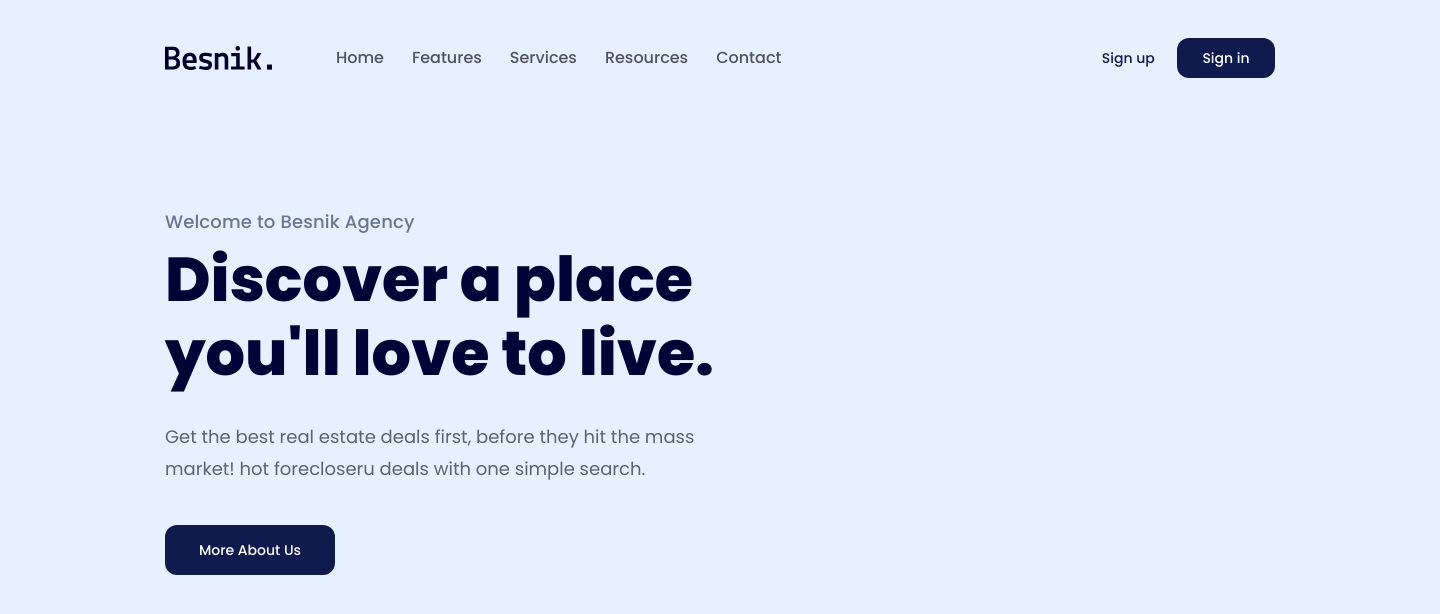
Repository: datvu1608/dv-htmlcss-01
Page: index.html
These files come from the project's save history. The page is drawn as it stood at one moment and after the next save; the edit follows.
The browser window is 1280 px wide. The page is 1440 px wide, so the pictures cover 1440 px, including what lies to the right of the window. The pictures show the whole page.

Above is the page before, as saved 2023-06-01 15:04:41.

### index.html
<!DOCTYPE html>
<html lang="en">
  <head>
    <meta charset="UTF-8" />
    <meta http-equiv="X-UA-Compatible" content="IE=edge" />
    <meta name="viewport" content="width=device-width, initial-scale=1.0" />
    <title>Project 1</title>
    <link rel="stylesheet" href="./assets/css/reset.css" />
    <link rel="stylesheet" href="./assets/fonts/stylesheet.css" />
    <link rel="stylesheet" href="./assets/css/style.css" />
  </head>
  <body>
    <main>
      <!-- Header -->
      <header class="header">
        <div class="content">
          <nav class="navbar">
            <!-- logo -->
            <img src="./assets/img/Logo.svg" alt="Besnik" />
            <!-- navigation -->
            <ul>
              <li><a href="#!">Home</a></li>
              <li><a href="#!">Features</a></li>
              <li><a href="#!">Services</a></li>
              <li><a href="#!">Resources</a></li>
              <li><a href="#!">Contact</a></li>
            </ul>
            <!-- action -->
            <div class="actions">
              <a href="#!" class="action-link">Sign up</a>
              <a href="#!" class="btn action-btn">Sign in</a>
            </div>
          </nav>
          <div class="hero">
            <div class="info">
              <p class="sub-title">Welcome to Besnik Agency</p>
              <h1 class="title">Discover a place you'll love to live.</h1>
              <p class="desc">
                Get the best real estate deals first, before they hit the mass
                market! hot forecloseru deals with one simple search.
              </p>
              <!-- call to action -->
              <a href="" class="btn hero-cta">More About Us</a>
            </div>
          </div>
        </div>
      </header>
    </main>
  </body>
</html>

### assets/fonts/stylesheet.css
/* ============ Poppins =================== */
@font-face {
  font-family: 'Poppins';
  src: url('Poppins-BlackItalic.woff2') format('woff2'),
    url('Poppins-BlackItalic.woff') format('woff');
  font-weight: 900;
  font-style: italic;
  font-display: swap;
}

@font-face {
  font-family: 'Poppins';
  src: url('Poppins-Bold.woff2') format('woff2'),
    url('Poppins-Bold.woff') format('woff');
  font-weight: bold;
  font-style: normal;
  font-display: swap;
}

@font-face {
  font-family: 'Poppins';
  src: url('Poppins-Black.woff2') format('woff2'),
    url('Poppins-Black.woff') format('woff');
  font-weight: 900;
  font-style: normal;
  font-display: swap;
}

@font-face {
  font-family: 'Poppins';
  src: url('Poppins-BoldItalic.woff2') format('woff2'),
    url('Poppins-BoldItalic.woff') format('woff');
  font-weight: bold;
  font-style: italic;
  font-display: swap;
}

@font-face {
  font-family: 'Poppins';
  src: url('Poppins-ExtraBoldItalic.woff2') format('woff2'),
    url('Poppins-ExtraBoldItalic.woff') format('woff');
  font-weight: bold;
  font-style: italic;
  font-display: swap;
}

@font-face {
  font-family: 'Poppins';
  src: url('Poppins-ExtraLightItalic.woff2') format('woff2'),
    url('Poppins-ExtraLightItalic.woff') format('woff');
  font-weight: 200;
  font-style: italic;
  font-display: swap;
}

@font-face {
  font-family: 'Poppins';
  src: url('Poppins-LightItalic.woff2') format('woff2'),
    url('Poppins-LightItalic.woff') format('woff');
  font-weight: 300;
  font-style: italic;
  font-display: swap;
}

@font-face {
  font-family: 'Poppins';
  src: url('Poppins-ExtraBold.woff2') format('woff2'),
    url('Poppins-ExtraBold.woff') format('woff');
  font-weight: bold;
  font-style: normal;
  font-display: swap;
}

@font-face {
  font-family: 'Poppins';
  src: url('Poppins-Italic.woff2') format('woff2'),
    url('Poppins-Italic.woff') format('woff');
  font-weight: normal;
  font-style: italic;
  font-display: swap;
}

@font-face {
  font-family: 'Poppins';
  src: url('Poppins-Light.woff2') format('woff2'),
    url('Poppins-Light.woff') format('woff');
  font-weight: 300;
  font-style: normal;
  font-display: swap;
}

@font-face {
  font-family: 'Poppins';
  src: url('Poppins-ExtraLight.woff2') format('woff2'),
    url('Poppins-ExtraLight.woff') format('woff');
  font-weight: 200;
  font-style: normal;
  font-display: swap;
}

@font-face {
  font-family: 'Poppins';
  src: url('Poppins-Medium.woff2') format('woff2'),
    url('Poppins-Medium.woff') format('woff');
  font-weight: 500;
  font-style: normal;
  font-display: swap;
}

@font-face {
  font-family: 'Poppins';
  src: url('Poppins-Regular.woff2') format('woff2'),
    url('Poppins-Regular.woff') format('woff');
  font-weight: normal;
  font-style: normal;
  font-display: swap;
}

@font-face {
  font-family: 'Poppins';
  src: url('Poppins-SemiBold.woff2') format('woff2'),
    url('Poppins-SemiBold.woff') format('woff');
  font-weight: 600;
  font-style: normal;
  font-display: swap;
}

@font-face {
  font-family: 'Poppins';
  src: url('Poppins-ThinItalic.woff2') format('woff2'),
    url('Poppins-ThinItalic.woff') format('woff');
  font-weight: 100;
  font-style: italic;
  font-display: swap;
}

@font-face {
  font-family: 'Poppins';
  src: url('Poppins-MediumItalic.woff2') format('woff2'),
    url('Poppins-MediumItalic.woff') format('woff');
  font-weight: 500;
  font-style: italic;
  font-display: swap;
}

@font-face {
  font-family: 'Poppins';
  src: url('Poppins-Thin.woff2') format('woff2'),
    url('Poppins-Thin.woff') format('woff');
  font-weight: 100;
  font-style: normal;
  font-display: swap;
}

@font-face {
  font-family: 'Poppins';
  src: url('Poppins-SemiBoldItalic.woff2') format('woff2'),
    url('Poppins-SemiBoldItalic.woff') format('woff');
  font-weight: 600;
  font-style: italic;
  font-display: swap;
}
/* ============ Poppins =================== */

### assets/css/style.css
* {
  box-sizing: border-box;
}
html {
  font-size: 62.5%;
}
body {
  font-size: 1.6rem;
  font-family: 'Poppins', sans-serif;
}

/* Common */
:root {
  --primary-color: #0f1b4c;
}
a {
  text-decoration: none;
}
.content {
  width: 1110px;
  max-width: calc(100% - 48px);
  margin-left: auto;
  margin-right: auto;
}
.btn {
  display: inline-block;
  padding: 18px 16px;
  min-width: 98px;
  background: #0f1b4c;
  border-radius: 12px;
  font-weight: 500;
  font-size: 1.4rem;
  text-align: center;
  color: #fff;
}
.btn:hover {
  opacity: 0.9;
}
/* Header */
.header {
  width: 1440px;
  height: 100vh;
  background: #e6f0ff;
}

.navbar {
  display: flex;
  align-items: center;
  padding-top: 38px;
}

.navbar ul {
  display: flex;
  margin-left: 50px;
}

.navbar .actions {
  margin-left: auto;
}
.navbar ul a {
  font-weight: 500;
  font-size: 1s4rem;
  color: #4f5361;
  padding: 8px 1.4rem;
}
.navbar ul a:hover {
  text-decoration: underline;
}
.navbar .action-link {
  font-size: 1.4rem;
  color: #0f1b4c;
  font-weight: 500;
}
.navbar .action-btn {
  padding: 13px 16px;
  margin-left: 18px;
}
/* hero */
.hero {
  margin-top: 130px;
}
.hero .info {
  max-width: 559px;
}
.hero .sub-title {
  font-weight: 500;
  font-size: 1.8rem;
  line-height: 1.5;
  letter-spacing: 0.01em;
  color: #687690;
}
.hero .title {
  font-weight: 700;
  font-size: 6.2rem;
  line-height: 1.19;
  color: #000336;
  margin-top: 8px;
}
.hero .desc {
  font-weight: 400;
  font-size: 1.8rem;
  line-height: 1.78;
  color: #5a6473;
  margin-top: 30px;
  max-width: 530px;
}
.hero .btn {
  margin-top: 40px;
  width: 170px;
}
.hero .hero-cta {
          d
};

Loaded but not shown: assets/css/reset.css (common file)

After the next save:
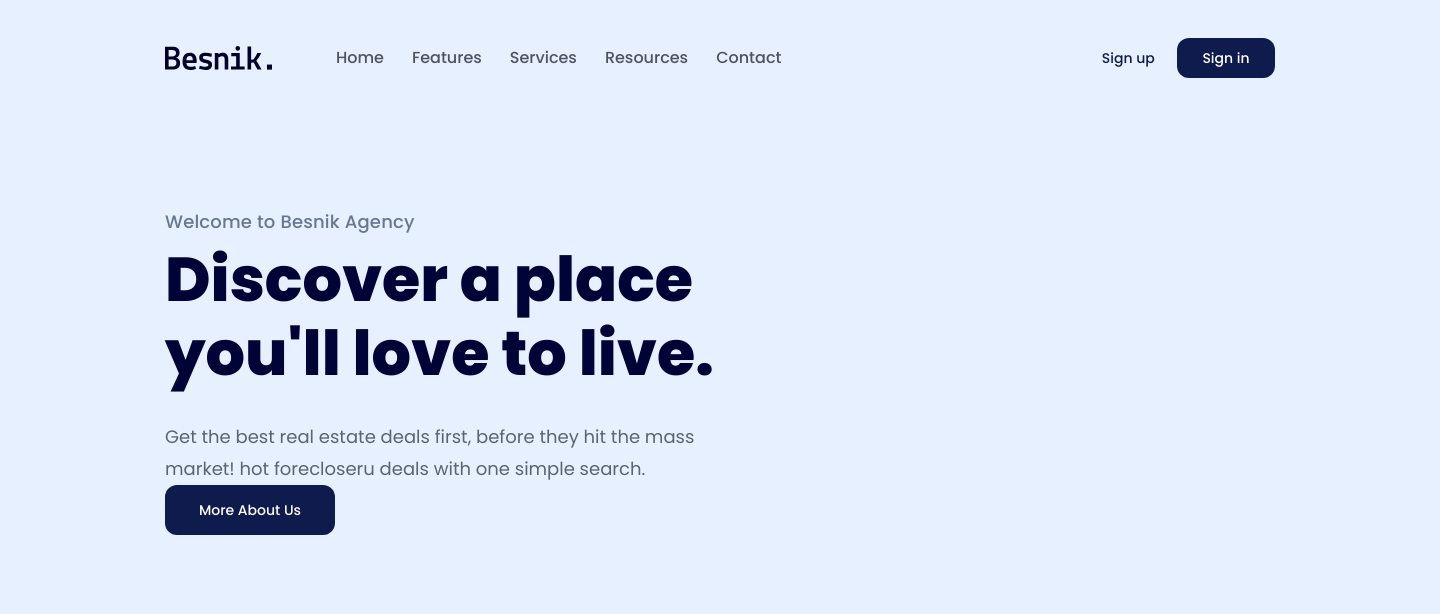
Saved 18 s later.
--- a/assets/css/style.css
+++ b/assets/css/style.css
@@ -104,10 +104,7 @@
   margin-top: 30px;
   max-width: 530px;
 }
-.hero .btn {
-  margin-top: 40px;
-  width: 170px;
+
+.hero .hero-cta {
+  min-width: 170px;
 }
-.hero .hero-cta {
-          d
-};

After the save that followed:
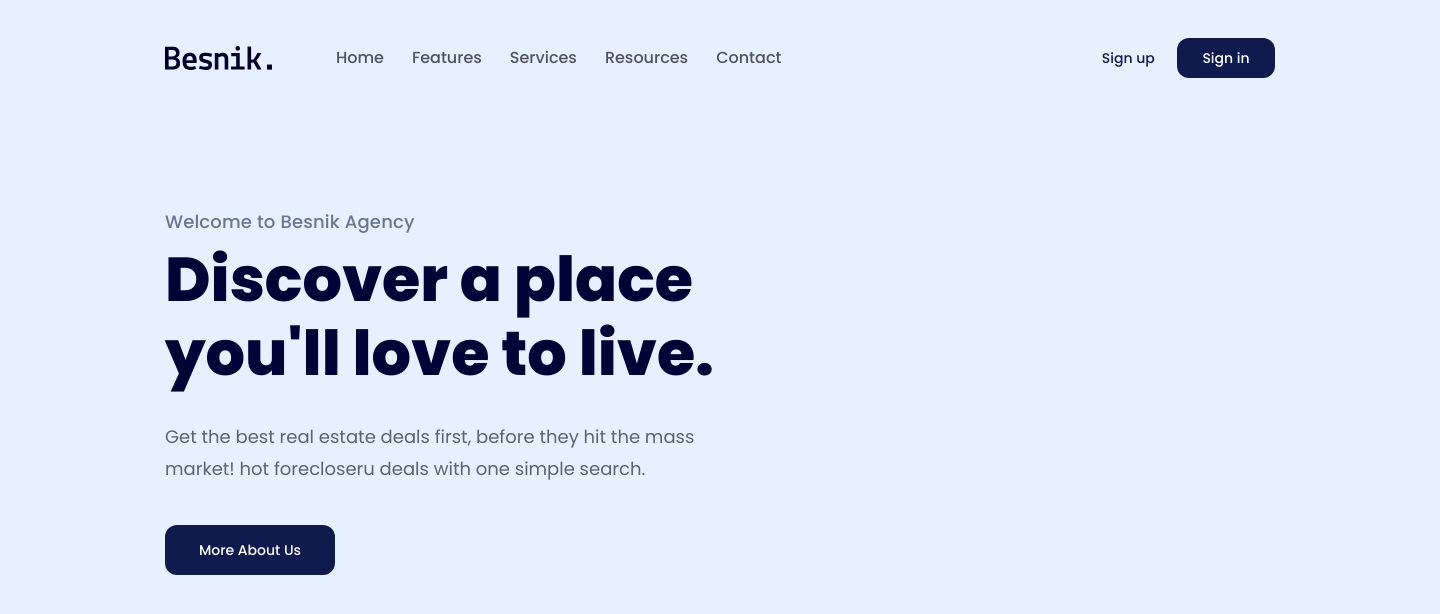
Saved 13 s later.
--- a/assets/css/style.css
+++ b/assets/css/style.css
@@ -107,4 +107,5 @@
 
 .hero .hero-cta {
   min-width: 170px;
+  margin-top: 40px;
 }
